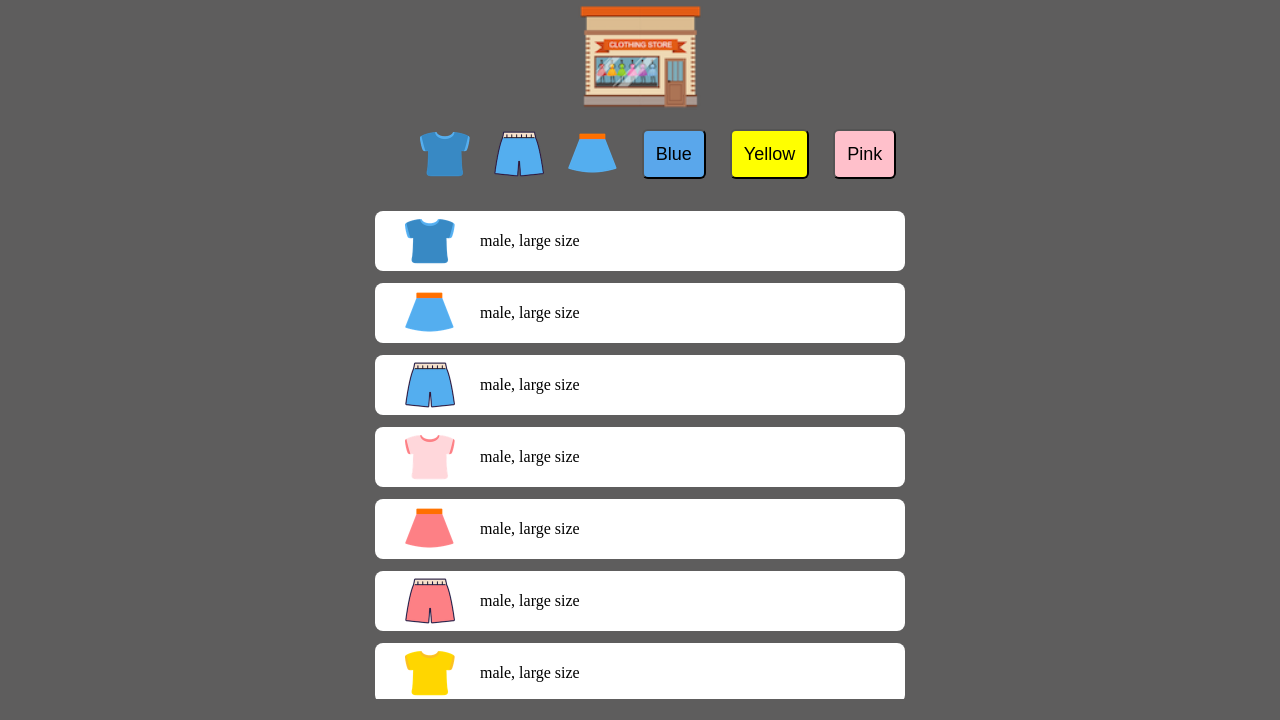
Repository: keehoonjung/Shoppingmall-Game
Page: index.html
An editor plug-in stored every save of this project. The page is shown before and after the next save, followed by the edit.
The browser window is 1280 px wide. The pictures show the whole page.
An inner scrolling area shows only its first screen.

Above is the page before, as saved 2021-08-12 19:10:45.

After the next save:
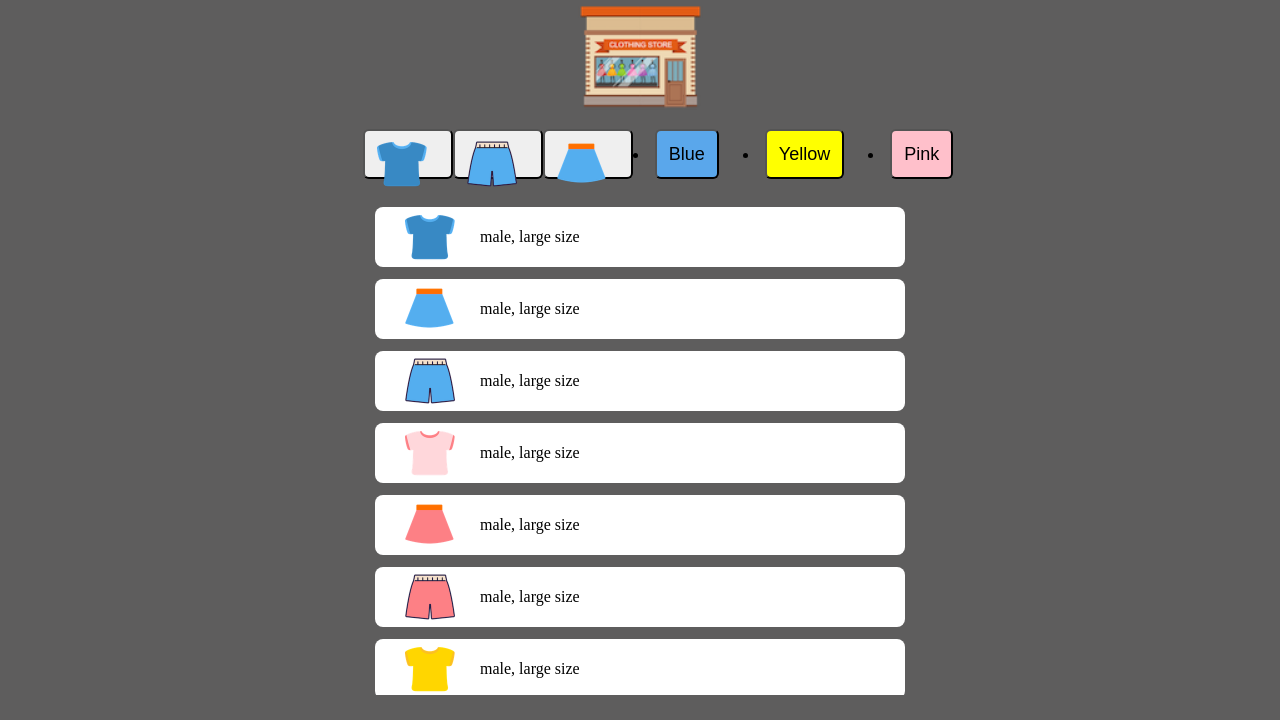
Saved 45 s later.
--- a/index.html
+++ b/index.html
@@ -10,16 +10,16 @@
 </head>
 <body>
     <img src="./imgs/logo.png" alt="header" class="header__logo">
-    <ul class="filter">
-        <li class="filter__btn">
+    <section class="filter">
+        <button class="filter__btn">
             <img src="./imgs/blue_t.png" alt="shirt" class="shirt">
-        </li>
-        <li class="filter__btn">
+        </button>
+        <button class="filter__btn">
             <img src="./imgs/blue_p.png" alt="pants" class="pants">
-        </li>
-        <li class="filter__btn">
+        </button>
+        <button class="filter__btn">
             <img src="./imgs/blue_s.png" alt="" class="skirt">
-        </li>
+        </button>
         <li class="filter__btn">
             <button class="blue">
                 Blue
@@ -35,7 +35,7 @@
                 Pink
             </button>
         </li>
-    </ul>
+    </section>
     <ul class="items">
         <li class="item visible" data-type="shirt" data-color="blue">
             <img src="./imgs/blue_t.png" alt="blueshirt">
